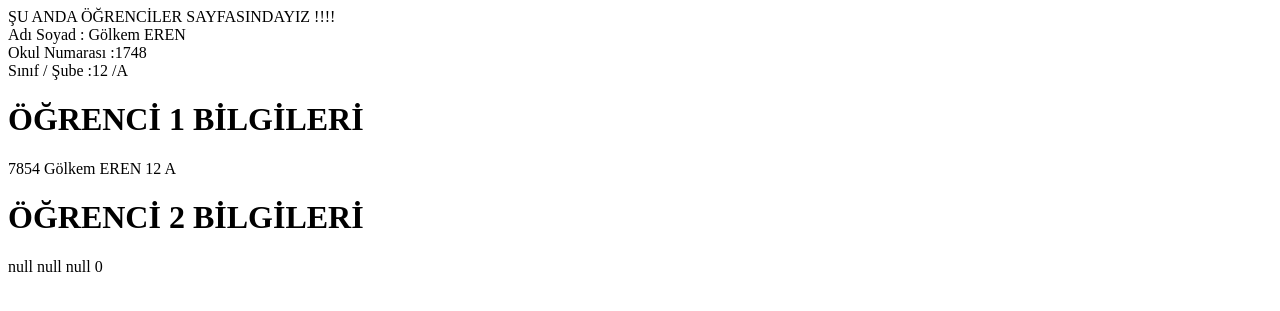
Repository: golkemeren/IleriJava101Java201Java301
Page: http://localhost/Displatcher_10/ogrenciler
An editor plug-in stored every save of this project. The page is shown before and after the next save, followed by the edit.
The browser window is 1280 px wide. The pictures show the whole page.
The page is served by Tomcat 10.

Above is the page before, as saved 2023-03-23 02:29:14.

After the next save:
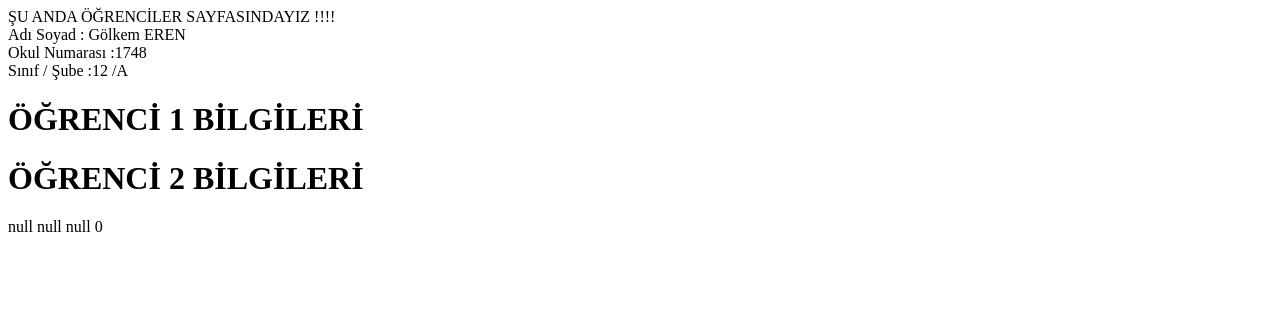
Saved 55 s later.
--- a/Displatcher_10/src/main/webapp/jspUseBean/ogrenciler.jsp
+++ b/Displatcher_10/src/main/webapp/jspUseBean/ogrenciler.jsp
@@ -33,11 +33,7 @@
 
 <jsp:setProperty property="no" name="ogrenci" value = "7854"/>
 
-<jsp:getProperty property="no" name="ogrenci"/>
-<jsp:getProperty property="ad" name="ogrenci"/>
-<jsp:getProperty property="soyad" name="ogrenci"/>
-<jsp:getProperty property="sinif" name="ogrenci"/>
-<jsp:getProperty property="sube" name="ogrenci"/>
+
 
 <h1>ÖĞRENCİ 2 BİLGİLERİ </h1>
 

After the 2 saves that followed:
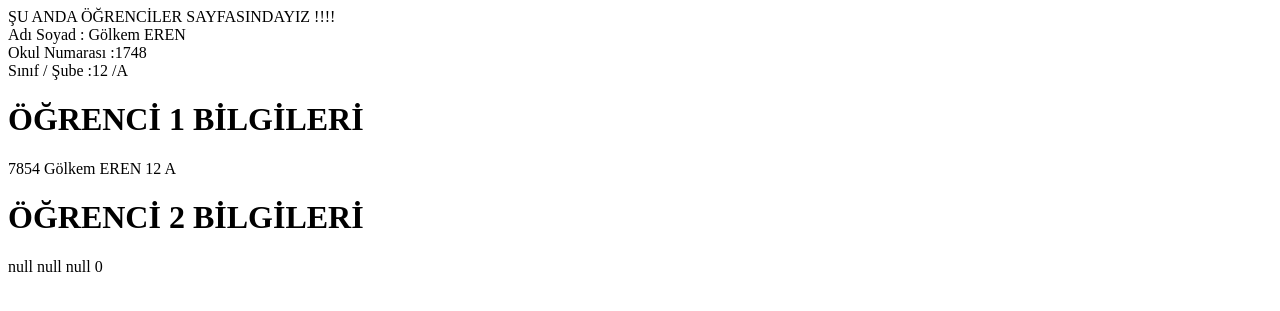
The 2 saves are shown as one change because 1 left the picture as it was.
The last was saved 2 min 12 s later.
--- a/Displatcher_10/src/main/webapp/jspUseBean/ogrenciler.jsp
+++ b/Displatcher_10/src/main/webapp/jspUseBean/ogrenciler.jsp
@@ -32,21 +32,25 @@
 </jsp:useBean>
 
 <jsp:setProperty property="no" name="ogrenci" value = "7854"/>
-
+<jsp:getProperty property="no" name="ogrenci"/>
+<jsp:getProperty property="ad" name="ogrenci"/>
+<jsp:getProperty property="soyad" name="ogrenci"/>
+<jsp:getProperty property="sinif" name="ogrenci"/>
+<jsp:getProperty property="sube" name="ogrenci"/>
 
 
 <h1>ÖĞRENCİ 2 BİLGİLERİ </h1>
 
 <jsp:useBean id="ogrenci2" class="bean.pojo.Ogrenci" scope= "request">
-
-
-</jsp:useBean>
 <jsp:getProperty property="no" name="ogrenci2"/>
 <jsp:getProperty property="ad" name="ogrenci2"/>
 <jsp:getProperty property="soyad" name="ogrenci2"/>
 <jsp:getProperty property="sinif" name="ogrenci2"/>
 <jsp:getProperty property="sube" name="ogrenci2"/>
 
+</jsp:useBean>
+
+
 
 </body>
 
